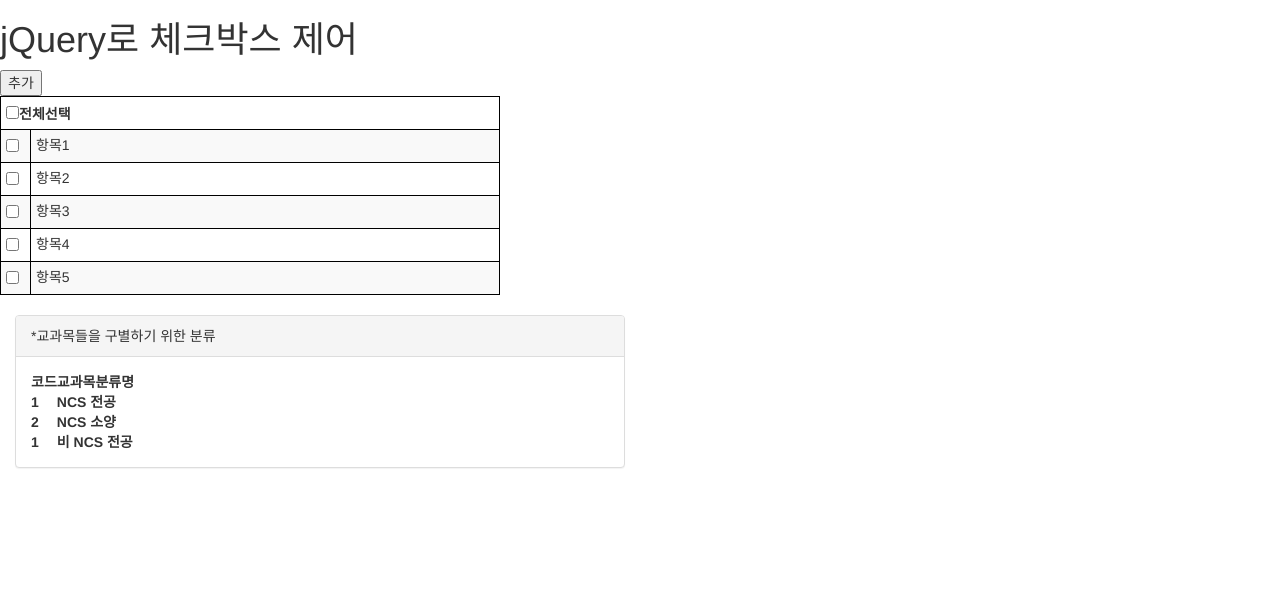
Repository: CHOKIHO/html
Page: work/0112_bootstrap/WebContent/ex1.html
The author's editor kept a copy of each file at every save. The page is drawn from the files as they stood at one save, then again after the next save.
The browser window is 1280 px wide. The pictures show the whole page.
Some web libraries are served in a nearby version.

Above is the page before, as saved 2017-01-12 01:53:21.

After the next save:
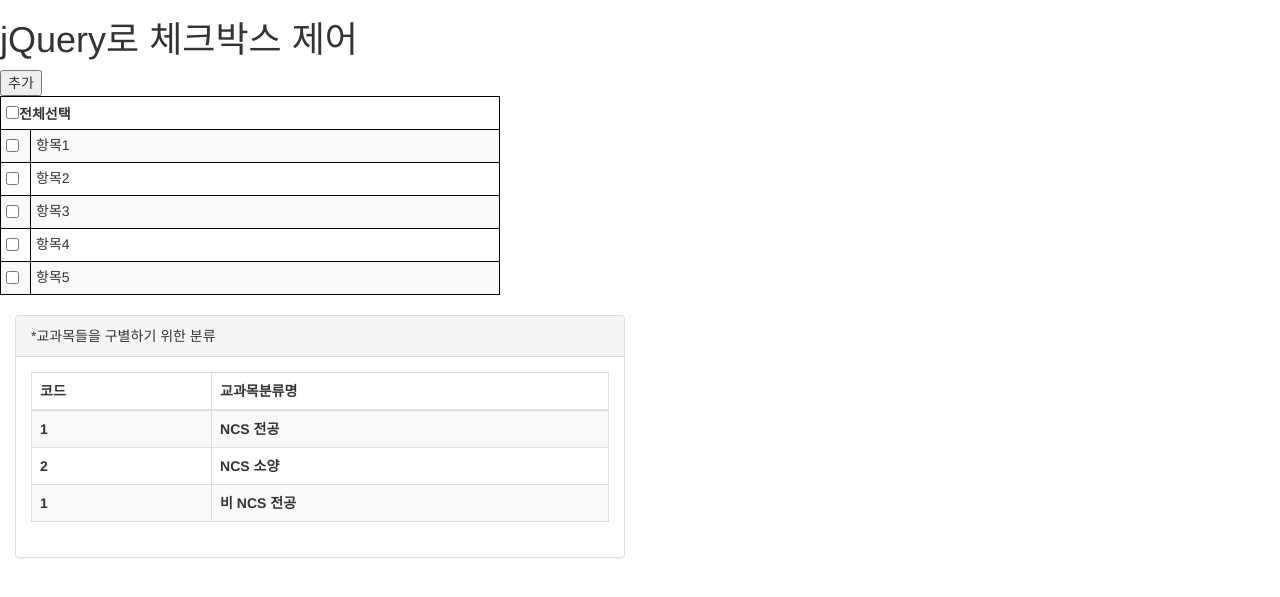
Saved 28 s later.
--- a/work/0112_bootstrap/WebContent/ex1.html
+++ b/work/0112_bootstrap/WebContent/ex1.html
@@ -102,7 +102,7 @@
 			</div>
 			<div class="panel-body">
 
-				<table>
+				<table id="table2" class="table table-striped table-bordered table-hover">
 					<thead>
 						<tr>
 							<th>코드</th>
